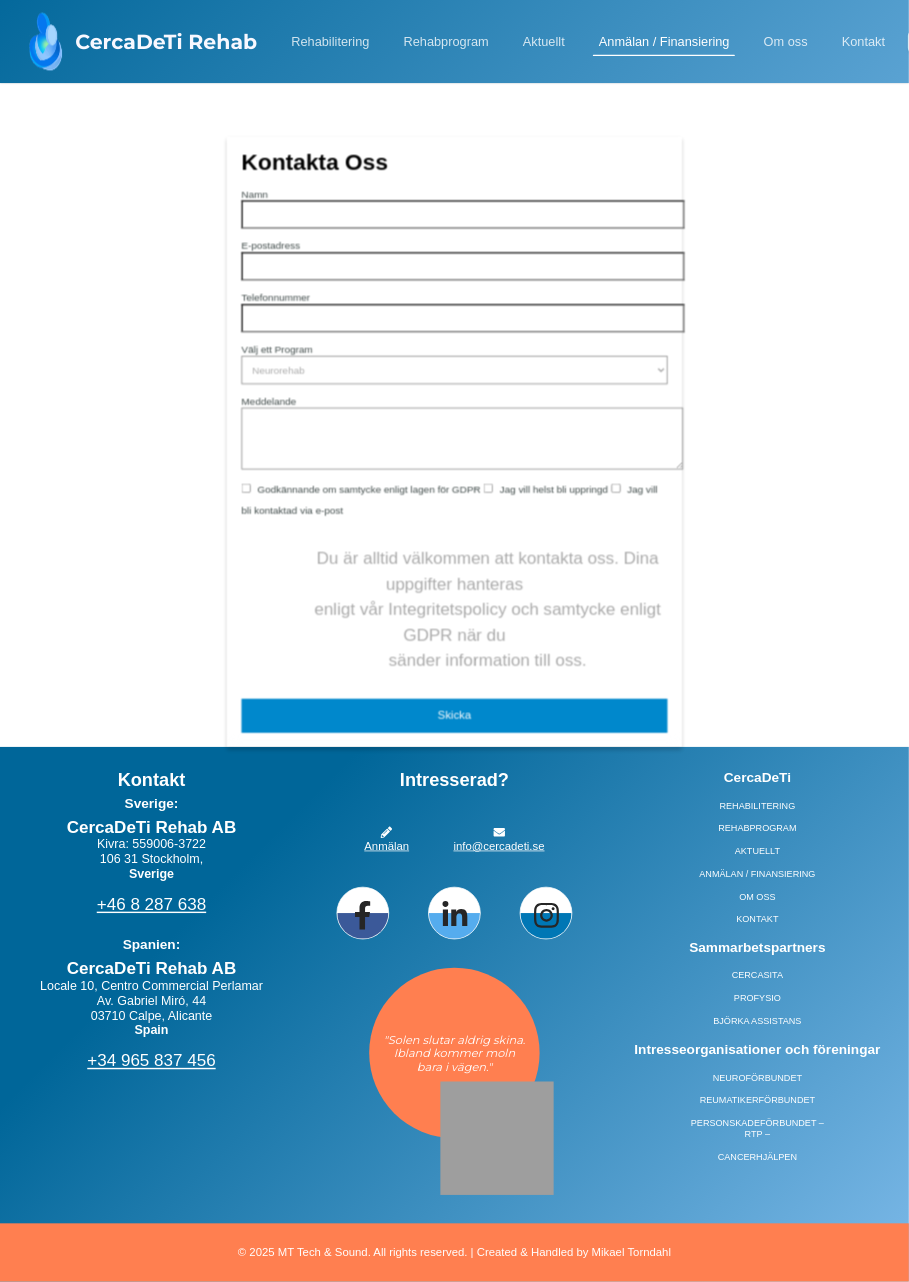
Repository: micketorndahl/CercaDeTi-rehab
Page: anmalan-form.html
These files come from the project's save history. The page is drawn as it stood at one moment and after the next save; the edit follows.
The browser window is 1280 px wide. The pictures show the whole page, at 71% of full size.
Pictures or frames that could not be fetched are drawn as grey boxes. The page's requests for data from a server got no answer. Some web fonts or font styles are not loaded; a fallback is used. Some web libraries are served in a nearby version.

Above is the page before, as saved 2025-02-01 18:38:37.
Console error: TypeError: Cannot read properties of null (reading 'addEventListener')

After the next save:
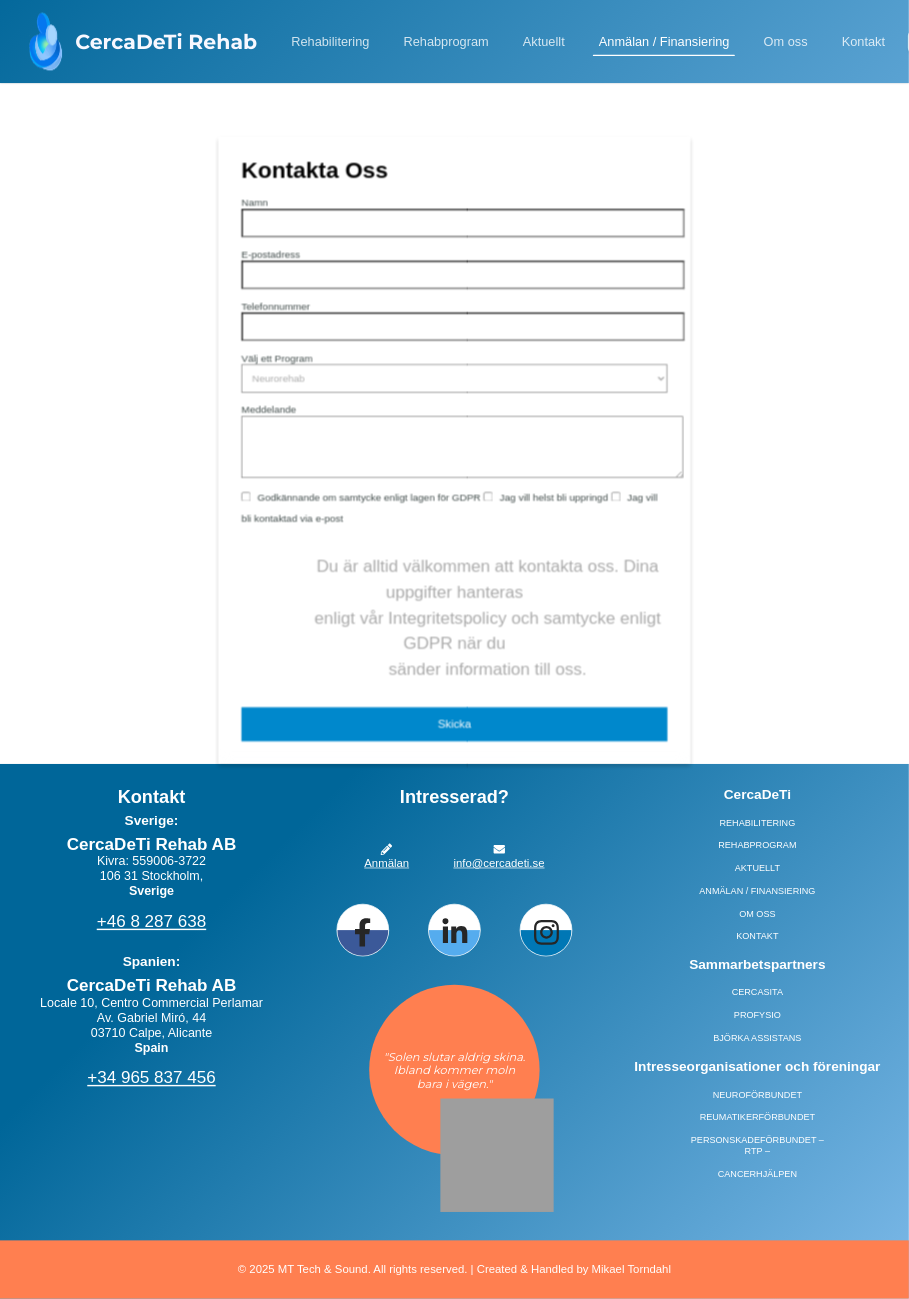
Saved 6 s later.
--- a/css/layout.css
+++ b/css/layout.css
@@ -289,7 +289,7 @@
   background: var(--ghostwhite);
   backdrop-filter: blur(10px);
   margin-top: 12rem;
-  padding: 20px;
+  padding: 2rem;
   border-radius: var(--border-radius);
   width: 80%;
   max-width: 600px;
